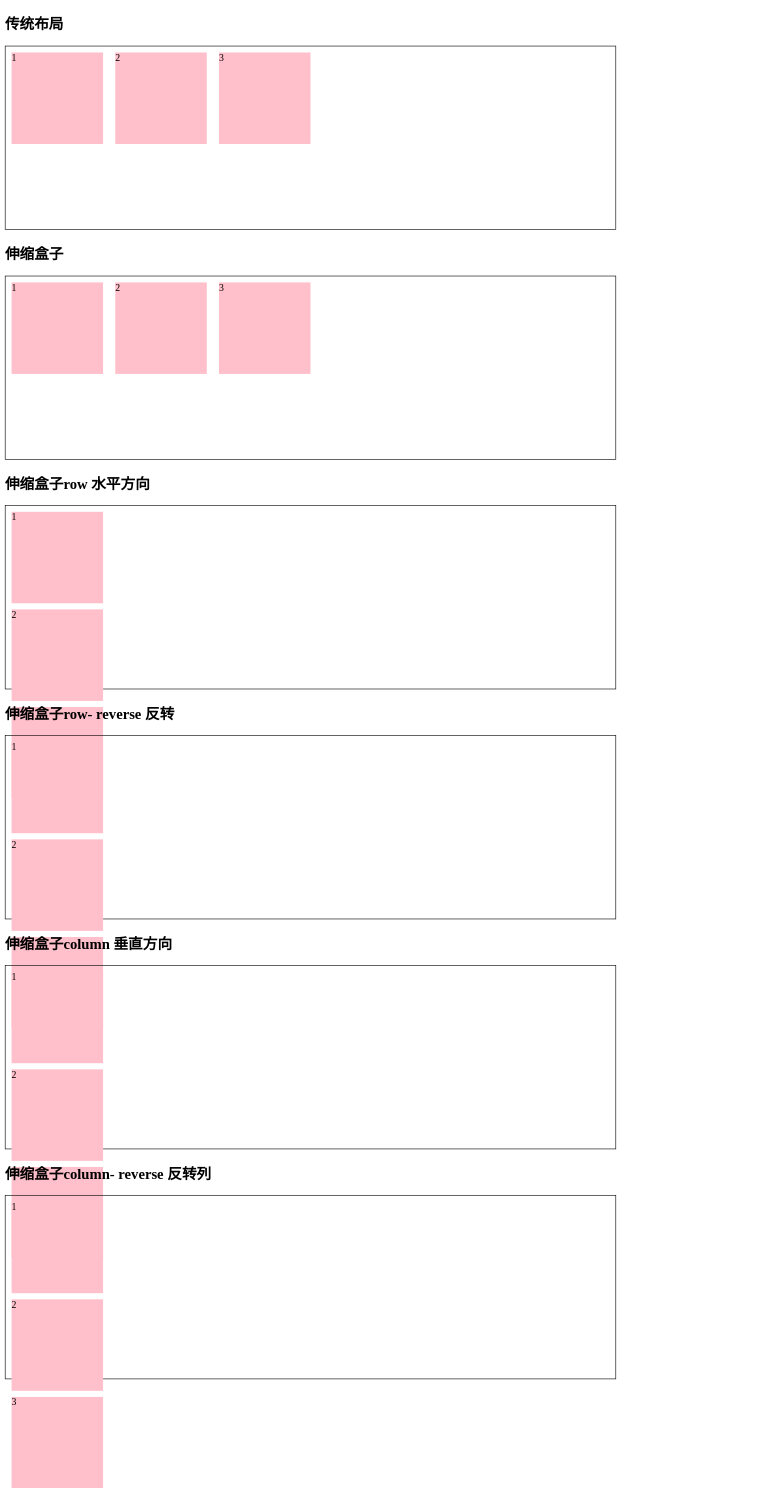
Repository: liuxi0811/web-demo
Page: 伸缩布局.html
An editor plug-in stored every save of this project. The page is shown before and after the next save, followed by the edit.
The browser window is 1280 px wide. The pictures show the whole page, at 61% of full size.

Above is the page before, as saved 2020-12-03 18:14:59.

### 伸缩布局.html
<!DOCTYPE html>
<html lang="en">

<head>
    <meta charset="UTF-8">
    <meta name="viewport" content="width=device-width, initial-scale=1.0">
    <title>Document</title>
    <style>
        div {
            width: 1000px;
            height: 300px;
            border: 1px solid;
        }

        li {
            width: 150px;
            height: 150px;
            background: pink;
            margin: 10px;
            /* display: flex; */

        }

        ul {
            list-style: none;
            margin: 0px;
            padding: 0px;

        }

        /* section:nth-child(1) ul{
           overflow: hidden;
        } */
        section:nth-child(1) ul li{
            float: left;
        }
        section:nth-child(2) ul{
            display: flex;
        }
    </style>
</head>

<body>
    <section>
        <h1>传统布局</h1>
        <div>
            <ul>
                <li>1</li>
                <li>2</li>
                <li>3</li>
        </div>
    </section>

    <section>
        <h1>伸缩盒子</h1>
        <div>
            <ul>
                <li>1</li>
                <li>2</li>
                <li>3</li>
        </div>
    </section>

    <section>
        <h1>伸缩盒子row 水平方向</h1>
        <div>
            <ul>
                <li>1</li>
                <li>2</li>
                <li>3</li>
        </div>
    </section>

    <section>
        <h1>伸缩盒子row- reverse 反转</h1>
        <div>
            <ul>
                <li>1</li>
                <li>2</li>
                <li>3</li>
        </div>
    </section>

    <section>
        <h1>伸缩盒子column 垂直方向</h1>
        <div>
            <ul>
                <li>1</li>
                <li>2</li>
                <li>3</li>
        </div>
    </section>

    <section>
        <h1>伸缩盒子column- reverse 反转列</h1>
        <div>
            <ul>
                <li>1</li>
                <li>2</li>
                <li>3</li>
        </div>
    </section>
</body>

</html>

After the next save:
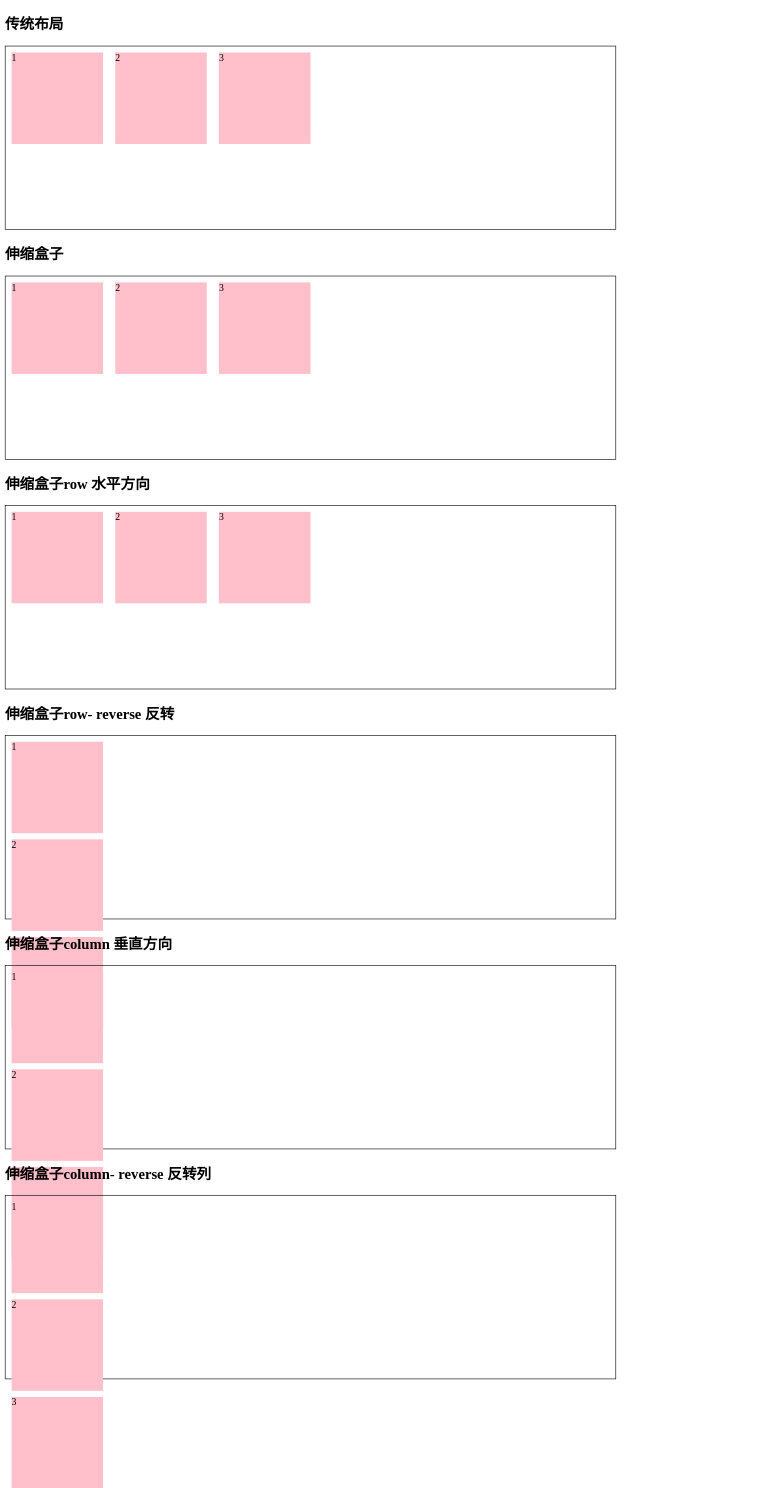
Saved 70 s later.
--- a/伸缩布局.html
+++ b/伸缩布局.html
@@ -36,6 +36,11 @@
         }
         section:nth-child(2) ul{
             display: flex;
+        }
+
+        section:nth-child(3) ul{
+            display: flex;
+            flex-direction: row;
         }
     </style>
 </head>
